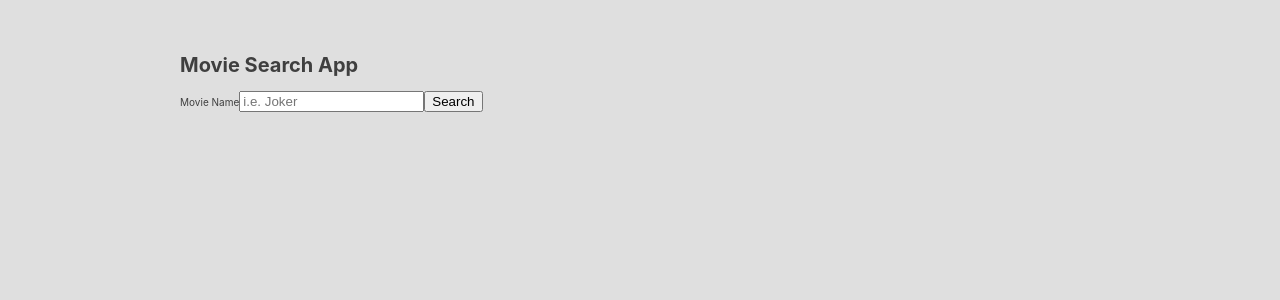
Repository: alialshara94/Movies-Search-React
Page: /
An editor plug-in stored every save of this project. The page is shown before and after the next save, followed by the edit.
The browser window is 1280 px wide. The pictures show the whole page.
The project was rebuilt for these pictures with package versions that can differ from the ones it lists, and the page was loaded fresh each time.

Above is the page before, as saved 2020-10-21 02:27:23.

After the next save:
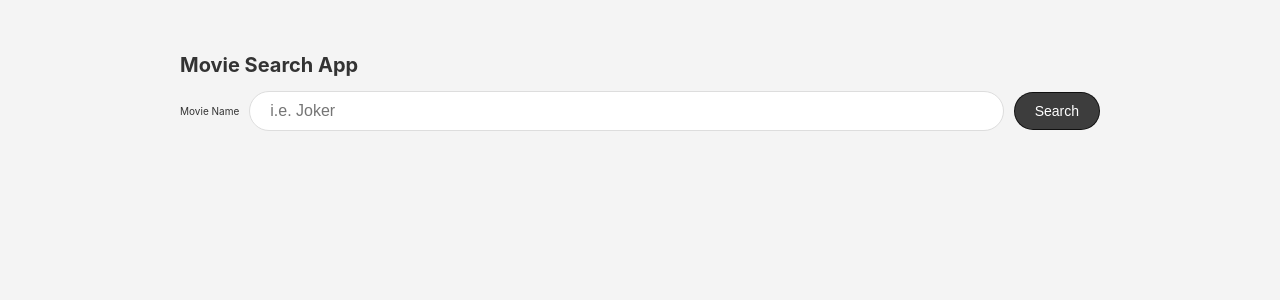
Saved 7 min 24 s later.
--- a/src/App.css
+++ b/src/App.css
@@ -9,8 +9,8 @@ html {
 body {
   margin: 0;
   padding: 0;
-  background-color: rgb(223, 223, 223);
-  color: rgb(63, 63, 63);
+  background-color: rgb(244,244,244);
+  color: #333;
 }
 
 p {
@@ -31,3 +31,49 @@ small {
   font-size: 4.4rem;
   text-align: center
 }
+
+.form {
+  display:grid;
+}
+
+.label {
+  font-size: 1.2rem;
+  margin-bottom: 0.2rem;
+  text-transform: uppercase;
+}
+
+.input {
+  font-size: 1.6rem;
+  padding: 0.5rem 2rem;
+  line-height: 2.8rem;
+  border-radius: 20px;
+  border: 1px solid #ddd;
+  margin-bottom: 1rem;
+}
+
+.button {
+  background-color: rgba(0,0,0,0.75);
+  color: white;
+  padding: 1rem 2rem;
+  border: 1px solid rgba(0,0,0,0.75);
+  border-radius: 20px;
+  font-size: 1.4rem;
+  cursor: pointer;
+  transition: background-color 250ms;
+}
+
+.button:hover {
+  background-color: rgba(0,0,0,0.85);
+}
+
+@media (min-width:786px){
+  .form {
+      grid-template-columns: auto 1fr auto;
+      grid-gap: 1rem;
+      align-items: center;
+  }
+
+  .input {
+      margin-bottom: 0;
+  }
+}
